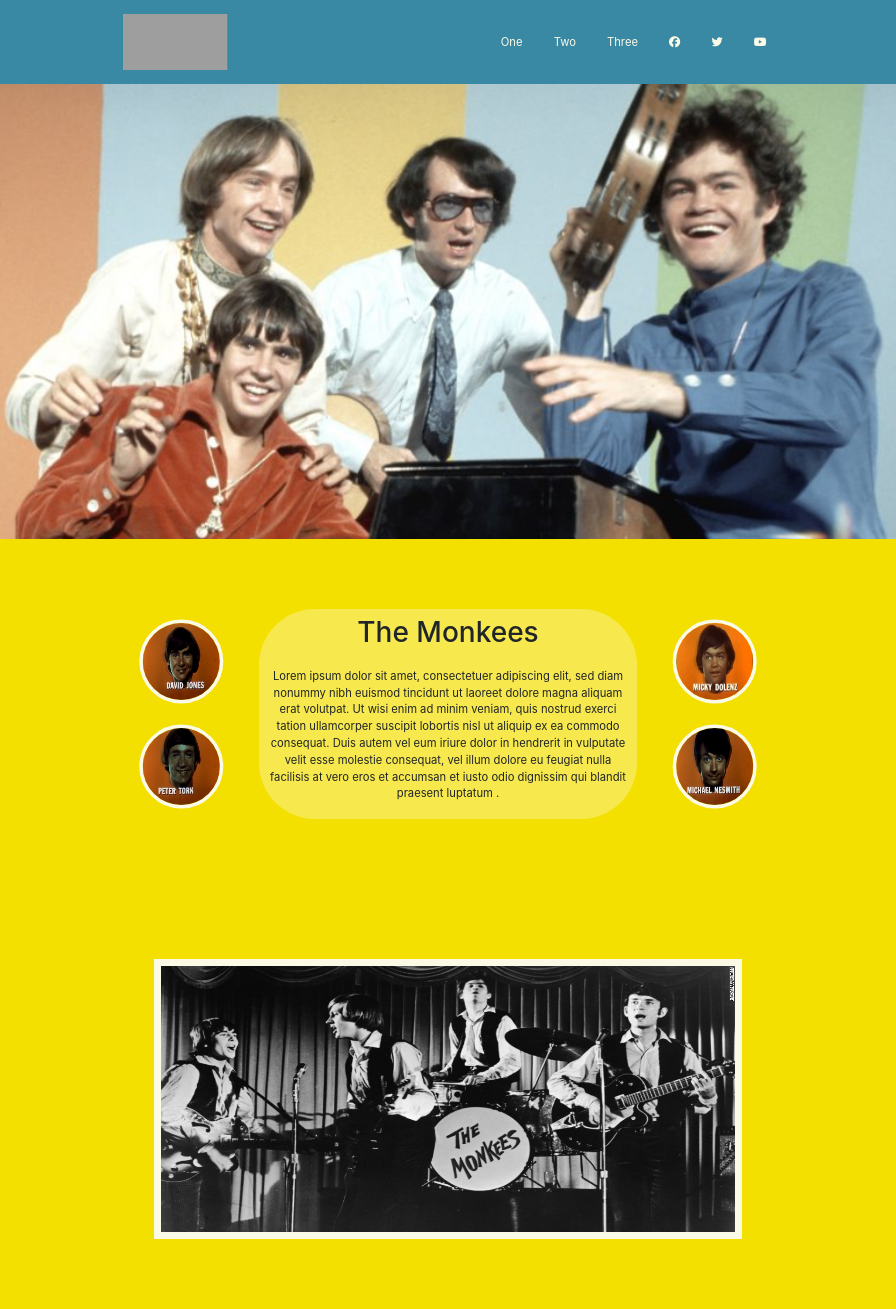
Repository: stu1612/Milestone-Project-Stu-Bolderson
Page: mock-header/mh.html
The author's editor kept a record of every edit. The page is drawn from the files as they stood at one moment, then again after the next edit.
The browser window is 1280 px wide. The pictures show the whole page, at 70% of full size.
Pictures or frames that could not be fetched are drawn as grey boxes. Some web libraries are served in a nearby version.

Above is the page before.

### mock-header/mh.html
<!DOCTYPE html>
<html lang="en">

<head>
    <meta charset="UTF-8">
    <meta name="viewport" content="width=device-width, initial-scale=1.0">
    <meta http-equiv="X-UA-Compatible" content="ie=edge">
    <link rel="stylesheet" href="https://maxcdn.bootstrapcdn.com/bootstrap/4.3.1/css/bootstrap.min.css" type="text/css" />
    <link rel="stylesheet" href="https://maxcdn.bootstrapcdn.com/font-awesome/4.7.0/css/font-awesome.min.css" type="text/css" />
    <link rel="stylesheet" href="https://cdnjs.cloudflare.com/ajax/libs/hover.css/2.1.1/css/hover-min.css" type="text/css" />
    <script src="https://kit.fontawesome.com/67768a2f6d.js"></script>
    <link rel="stylesheet" href="mhs.css" type="text/css" />
    <title>The Monkees | Official Fans Site</title>
</head>

<body>


    <!-- ****************** Navigation ************************ -->

    <div class="header">
        <img src="../assets/images/monkees-logo.png" class="logo-img"></img>
        <nav class="desktop-nav">
            <ul>
                <li><a href="#">One</a></li>
                <li><a href="#">Two</a></li>
                <li><a href="#">Three</a></li>
                <li><a href="#"><i class="fab fa-facebook"></i></a></li>
                <li><a href="#"><i class="fab fa-twitter"></i></a></li>
                <li><a href="#"><i class="fab fa-youtube"></i></a></li>
            </ul>
        </nav>
        <div class="dropdown-nav">
          <button class="dropbtn-nav"><i class="fas fa-chevron-down"></i></button>
          <div class="dropdown-content-nav">
            <a href="#">Link 1</a>
            <a href="#">Link 2</a>
            <a href="#">Link 3</a>
          </div>
        </div>
    </div>


    <!-- *************************************** image banner ********************** -->
    <main>
        <section>
            <div class="banner-image" class="img-responsive"></div>
        </section>

        <section class="about">

            <div class="background about">
                <div class="container box-side left">
                    <img src="../assets/images/Jones.jpg"></img>
                    <img src="../assets/images/Tork.jpg"></img>
                </div>
                <div class="container box-center">
                    <h1>The Monkees</h1>
                        <p>Lorem ipsum dolor sit amet, consectetuer adipiscing elit,
                        sed diam nonummy nibh euismod tincidunt ut laoreet dolore
                        magna aliquam erat volutpat. Ut wisi enim ad minim veniam,
                        quis nostrud exerci tation ullamcorper suscipit lobortis nisl
                        ut aliquip ex ea commodo consequat. Duis autem vel eum iriure
                        dolor in hendrerit in vulputate velit esse molestie consequat,
                        vel illum dolore eu feugiat nulla facilisis at vero eros et
                        accumsan et iusto odio dignissim qui blandit praesent luptatum
                        .</p>
                </div>
                <div class="container box-side right">
                    <img src="../assets/images/mickey.jpg"></img>
                    <img src="../assets/images/Nesmith.jpg"></img>
                </div>

            <!-- end of div -->
            </div>
            <div class="background about">
                <div class="container image-box">
                    <img src="../assets/images/monkees.jpg">
                </div>

            </div>
        </section>

    </main>

    <script src="https://ajax.googleapis.com/ajax/libs/jquery/3.4.0/jquery.min.js"></script>
    <script src="https://cdnjs.cloudflare.com/ajax/libs/popper.js/1.14.7/umd/popper.min.js"></script>
    <script src="https://maxcdn.bootstrapcdn.com/bootstrap/4.3.1/js/bootstrap.min.js"></script>
</body>

</html>

### mock-header/mhs.css
/* Color styling schemes

blue - #3a89a4
yellow - #f3df00
white - #fafae6
orange - #e39134
light red - #d92b39
red - #d72235
red/orange - #bb3928

*/

/*------------------------------- Universal ----------------------------------*/




/*---------------------------------- NAVBAR ----------------------------------*/

.logo-img {
    width:150px;
    height:80px;
    margin:20px;
    cursor:pointer;
}

.header {
    display: flex;
    justify-content: space-around;
    background-color: #3a89a4;
    position: fixed;
    top: 0;
    width: 100%;
    overflow: hidden;
    z-index: 1;
}

nav {
    margin:auto 0;
    padding-left:10px;
}

nav ul li {
    display:inline-block;
    margin: 15px 20px 0 0;
    align-items:center;
    padding:10px;
    cursor:pointer;
}

nav ul li a {
    color:#fafae6;
    text-decoration:none!important;
}

nav ul li a:hover {
    color:#f3df00;
}


/*------------- Navbar section - mobile resolution -----------*/

.dropbtn-nav {
    background-color: #3a89a4;
    color: #fafae6;
    padding: 16px;
    font-size: 16px;
    border: none;
    cursor: pointer;
}

.dropdown-nav {
    position: relative;
    display: inline-block;
    margin: auto;
}

.dropdown-content-nav {
    display: none;
    background-color: #3a89a4;
    width:auto;
    z-index: 1;
}

.dropdown-content-nav a {
    color: #fafae6;
    padding: 12px 16px;
    text-decoration: none;
    display: block;
}

.dropdown-content-nav a:hover {
    color:#f3df00;
}

.dropdown-nav:hover .dropdown-content-nav {
    display: block;
}

.dropdown-nav:hover .dropbtn-nav {
    background-color: #3a89a4;
}

/*------------------------------ main banner image -------------*/

.banner-image {
    background-image: url("../assets/images/cover4.jpg");
    background-size:cover;
    background-position: center;
    background-repeat: no-repeat;
    margin-top:120px;
    max-width:100%;
    height:650px;
}

/*------------------------------ about the monkees-------------*/

/*----- top section-----------*/

.background.about {
    display:flex;
    background-color: #f3df00;
    background-size:cover;
    width:100%;
    height:auto;
    padding:100px;
}

.box-side {
    display: flex;
    flex-direction: column;
    height: 300px;
    width: 20%;
    justify-content: space-around;
}

.left {
    align-items:flex-end;
}

.right {
    align-items:flex-start;
}

.box-side img {
    height:120px;
    width:120px;
    border-radius:50%;
    border:5px solid #fafae6;
}

.box-center {
    display:flex;
    flex-direction:column;
    height:300px;
    width:50%;
    text-align:center;
    justify-content: space-around;
    background-color: rgba(255, 255, 255, 0.3);
    border-radius:5rem;
}


/*------------------- bottom section (band images) -------------*/

.image-box img {
    display:block;
    height:400px;
    width:80%;
    margin:0 auto;
    border:10px solid #fafae6;
}

/*------------------------------- Media Queries --------------------*/

@media screen and (max-width: 1024px) {
    .image {
        height:550px;
    }
}

@media screen and (max-width:768px) {
    .image {
        height:450px;
    }
    .background.about {
        display:flex;
        flex-direction:column;
        height:auto;
        padding:40px 10px;
    }
    .box-side {
        display:none;
    }
    .box-center {
        width:100%;
        height:auto
    }
}


@media screen and (min-width:681px) {
    .dropdown-nav {
        display:none;
    }
}

@media screen and (max-width:680px) {
    .header {
        justify-content:center;
        display:grid;
    }

    .image-main {
        margin-top:170px;
    }

    .desktop-nav {
        display:none;
    }
}

@media screen and (max-width:500px) {
    .image {
        height:250px;
        margin-top:160px;
    }
}

After the next edit:
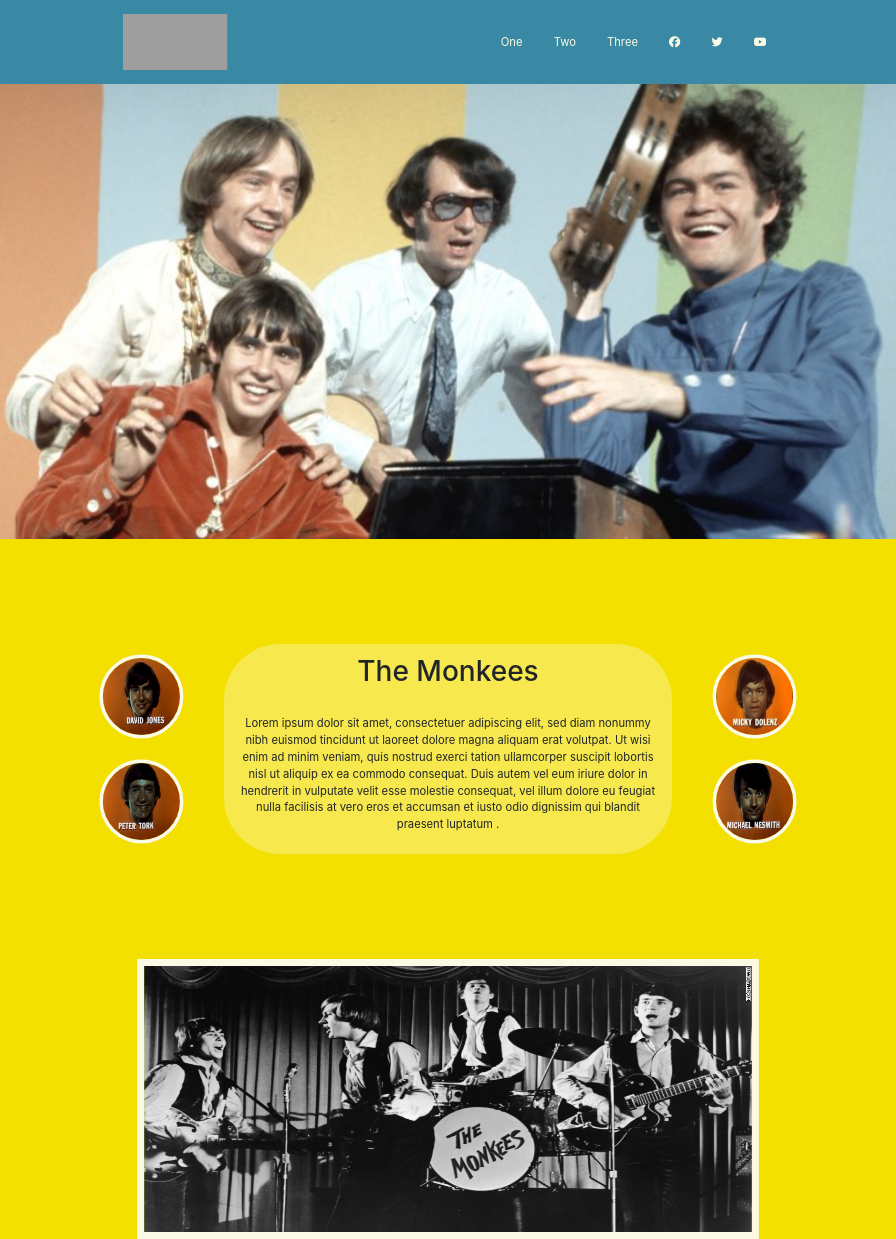
The edit:
--- a/mock-header/mhs.css
+++ b/mock-header/mhs.css
@@ -123,7 +123,8 @@
     background-size:cover;
     width:100%;
     height:auto;
-    padding:100px;
+    padding-top:150px;
+
 }
 
 .box-side {
